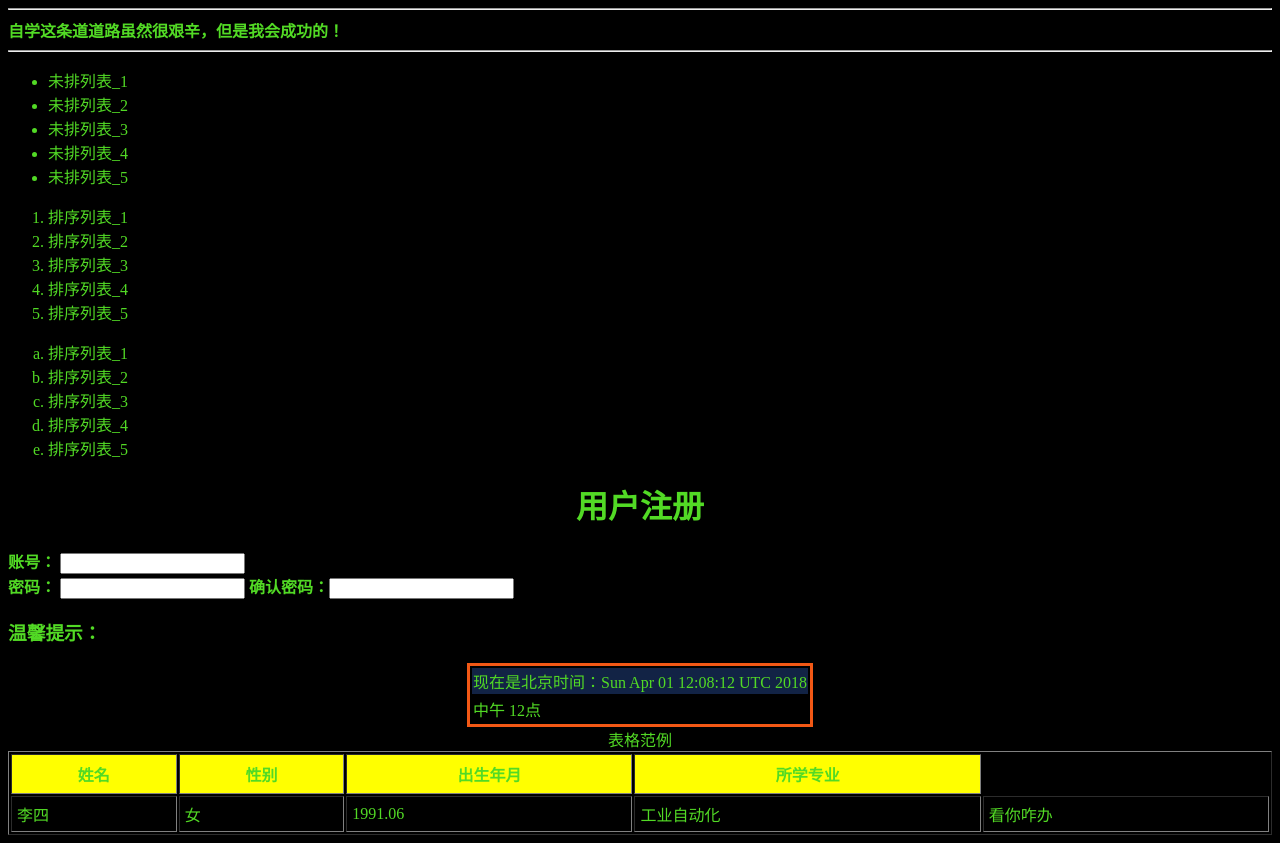
Repository: Coder-YJ/Java
Page: http://localhost/JspTest/test.jsp
The author's editor kept a copy of each file at every save. The page is drawn from the files as they stood at one save, then again after the next save.
The browser window is 1280 px wide. The pictures show the whole page.
The page is served by Tomcat 9.

Above is the page before, as saved 2018-04-01 12:49:54.

After the next save:
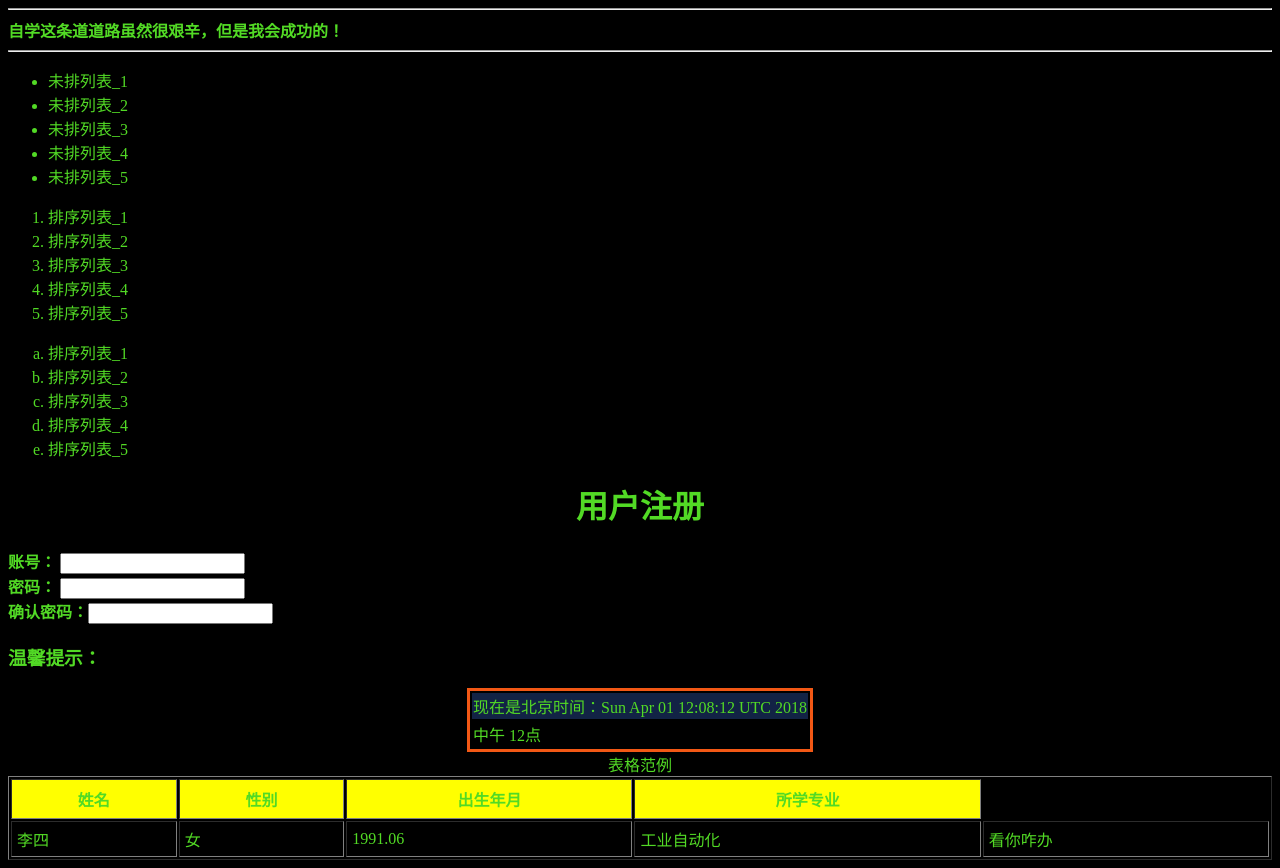
Saved 14 s later.
--- a/MyEclipse10/JspTest/WebRoot/test.jsp
+++ b/MyEclipse10/JspTest/WebRoot/test.jsp
@@ -37,7 +37,7 @@
 	<h1 align="center">用户注册</h1>
 	<form action="Process.jsp" method="post">
 		<b>账号：  </b><input type="text" name="id"><br>
-		<b>密码：  </b><input type="password" name="password">
+		<b>密码：  </b><input type="password" name="password"><br>
 		<b>确认密码：</b><input type="password" name="checkPWD">
 	</form>
 	<table align="center" bordercolor="#F25815">
